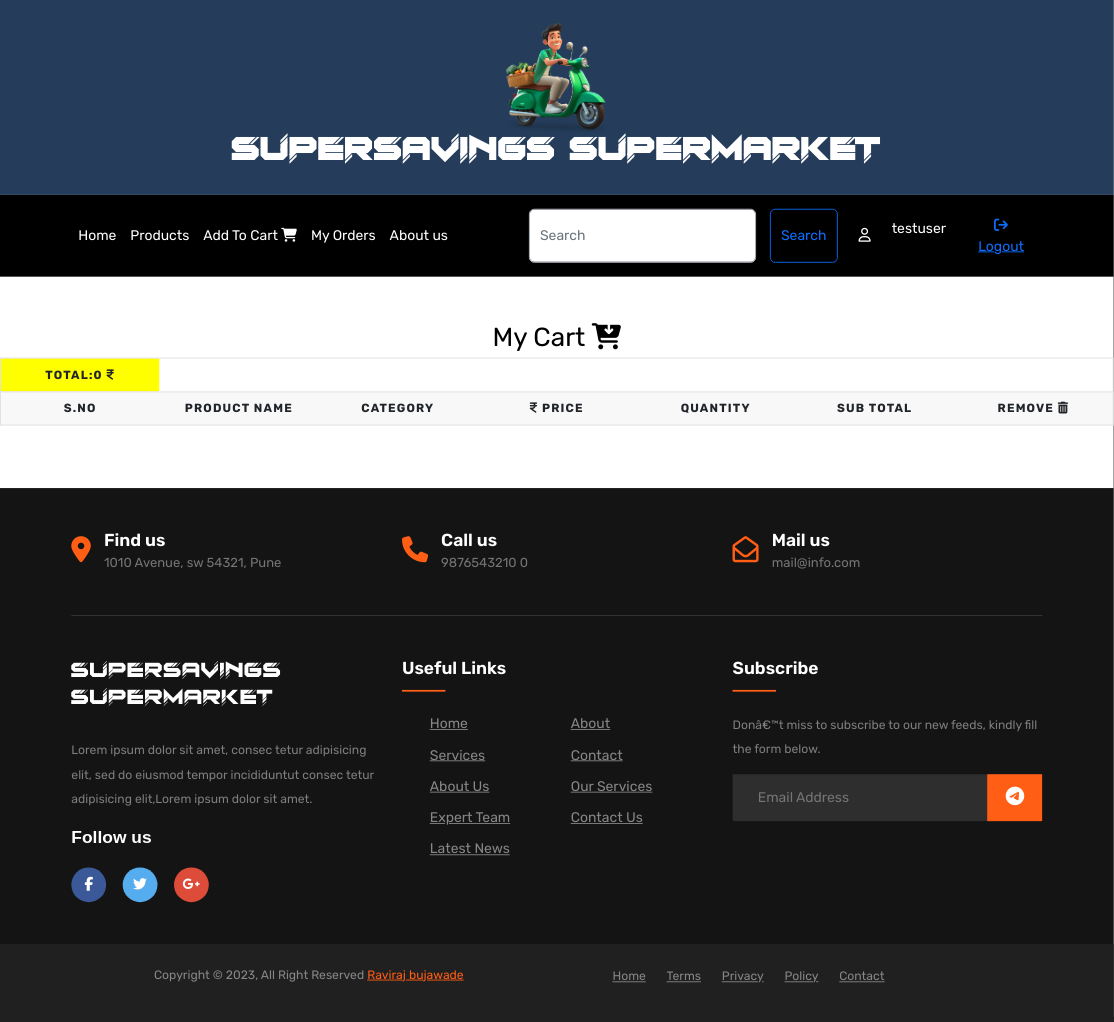
Repository: Raviraj39/SuperSaving-Online-Supermarket-Website
Page: http://localhost/Super_market/mycart.jsp
The author's editor kept a copy of each file at every save. The page is drawn from the files as they stood at one save, then again after the next save.
The browser window is 1280 px wide. The pictures show the whole page, at 87% of full size.
The page is served by Tomcat 9. The session is filled in as if someone had signed in: {"username": "testuser", "email": "test@example.com"}. Other server files are loaded and not shown. Queries for data that is not in the repository find no rows.

Above is the page before, as saved 2023-12-28 18:18:06.

### Super_market/src/main/webapp/mycart.jsp
<%@ page language="java" contentType="text/html; charset=ISO-8859-1"
    pageEncoding="ISO-8859-1"%>
<!DOCTYPE html>
<html>
<head>
<meta charset="ISO-8859-1">
<title>SuperSaving Supermarket</title>
<link rel="stylesheet" href="css/homestyle.css">
<link rel="stylesheet" href="https://cdnjs.cloudflare.com/ajax/libs/font-awesome/6.5.1/css/all.min.css" integrity="sha512-DTOQO9RWCH3ppGqcWaEA1BIZOC6xxalwEsw9c2QQeAIftl+Vegovlnee1c9QX4TctnWMn13TZye+giMm8e2LwA==" crossorigin="anonymous" referrerpolicy="no-referrer" />
<link href="https://cdn.jsdelivr.net/npm/bootstrap@5.2.3/dist/css/bootstrap.min.css" rel="stylesheet"
		integrity="sha384-rbsA2VBKQhggwzxH7pPCaAqO46MgnOM80zW1RWuH61DGLwZJEdK2Kadq2F9CUG65" crossorigin="anonymous">
<link rel="preconnect" href="https://fonts.googleapis.com">
<link rel="preconnect" href="https://fonts.gstatic.com" crossorigin>
<link href="https://fonts.googleapis.com/css2?family=Rubik:ital,wght@0,300;0,400;0,500;0,600;0,700;0,800;0,900;1,300;1,400;1,500;1,600;1,700;1,800;1,900&display=swap"
		rel="stylesheet">
</head>

<body>


<%@ include file="Header.jsp"  %>


<div style="color: black; text-align: center; font-size: 30px;" class="mt-5">My Cart <i class='fas fa-cart-arrow-down'></i>


<%
		String msg=request.getParameter("msg");
if("notpossible".equals(msg))
{
%>
<p class="alert">There is only one Quantity! So click on remove!</p>
<%} %>


<%
if("inc".equals(msg))
{
%>
<p class="alert">Quantity  Increased Successfully!</p>
<%} %>
<%
if("dec".equals(msg))
{
%>
<p class="alert">Quantity  Decreased Successfully!</p>
<%} %>
<%
if("removed".equals(msg))
{
%>
<p class="alert">Product Successfully Removed!</p>
<%} %>
</div>
<table>
<thead>


  <%

      	int total=0;
      	int sno=0;

		try {
			Class.forName("com.mysql.cj.jdbc.Driver");

			Connection conn = DriverManager.getConnection("jdbc:mysql://localhost:3306/super_marketone","root","root");
			Statement stat = conn.createStatement();
			String email=session.getAttribute("email").toString();
			ResultSet rs=stat.executeQuery("select sum(total) from cart where email='"+email+"' ");
			while(rs.next()) {
				total=rs.getInt(1);
	%>

          <tr>
            <th scope="col" style="background-color: yellow;">Total:<%out.println(total); %> <i class="fa fa-inr"></i> </th>
          <%if(total>0){ %>

            <th scope="col"><a href="addpayment.jsp">Proceed to order</a></th><%} %>
          </tr>
        </thead>
        <thead>
          <tr>
          <th scope="col">S.No</th>
            <th scope="col">Product Name</th>
            <th scope="col">Category</th>
            <th scope="col"><i class="fa fa-inr"></i> price</th>
            <th scope="col">Quantity</th>
            <th scope="col">Sub Total</th>
            <th scope="col">Remove <i class='fas fa-trash-alt'></i></th>
          </tr>
        </thead>
        <tbody>

    <%
	ResultSet rs1=stat.executeQuery("select * from addproductadmin inner join cart on addproductadmin.p_id = cart.productid and cart.email='"+email+"' and cart.address is NULL" );
    while(rs1.next()) {


    %>
          <tr>
			<%sno =sno+1; %>
           <td><% out.println(sno); %></td>
            <td><%= rs1.getString(2) %></td>
            <td><%= rs1.getString(3) %></td>
            <td><i class="fa fa-inr"></i><%= rs1.getString(4) %> </td>
            <td><a href="incrdecre.jsp?id=<%= rs1.getString(1) %>&quantity=inc"><i class='fas fa-plus-circle'></i></a><%= rs1.getString(8) %>  <a href="incrdecre.jsp?id=<%= rs1.getString(1) %>&quantity=dec"><i class='fas fa-minus-circle'></i></a></td>
            <td><i class="fa fa-inr"></i><%= rs1.getString(10) %> </td>
            <td><a href="removeproduct.jsp?id=<%= rs1.getString(1) %>">Remove <i class='fas fa-trash-alt'></i></a></td>
          </tr>
          	<%
    }	}
        }catch(Exception e) {
			e.printStackTrace();
		}


          %>




        </tbody>
      </table>
      <br>
      <br>
      <br>

 <%@ include file="Footer.jsp" %>
</body>
</html>

### Super_market/src/main/webapp/Header.jsp
<%@ page language="java" contentType="text/html; charset=ISO-8859-1"
    pageEncoding="ISO-8859-1"%>
    <%@page import ="java.sql.*"%>
    <%@page import ="java.io.IOException" %>
    <%@ page import ="java.io.PrintWriter"%>
    <%@ page import ="javax.servlet.*" %>
    <%

    %>
<!DOCTYPE html>
<html>
<head>
<meta charset="ISO-8859-1">
<title>SuperSaving Supermarket</title>
<link rel="stylesheet" href="css/home.css">
<link rel="stylesheet" href="https://cdnjs.cloudflare.com/ajax/libs/font-awesome/6.5.1/css/all.min.css" integrity="sha512-DTOQO9RWCH3ppGqcWaEA1BIZOC6xxalwEsw9c2QQeAIftl+Vegovlnee1c9QX4TctnWMn13TZye+giMm8e2LwA==" crossorigin="anonymous" referrerpolicy="no-referrer" />
<link href="https://cdn.jsdelivr.net/npm/bootstrap@5.2.3/dist/css/bootstrap.min.css" rel="stylesheet"
		integrity="sha384-rbsA2VBKQhggwzxH7pPCaAqO46MgnOM80zW1RWuH61DGLwZJEdK2Kadq2F9CUG65" crossorigin="anonymous">

<link rel="preconnect" href="https://fonts.googleapis.com">
<link rel="preconnect" href="https://fonts.gstatic.com" crossorigin>
<link href="https://fonts.googleapis.com/css2?family=Rubik:ital,wght@0,300;0,400;0,500;0,600;0,700;0,800;0,900;1,300;1,400;1,500;1,600;1,700;1,800;1,900&display=swap"
		rel="stylesheet">
</head>
<body>
<div class="container-fluid main_top_nav ">
		<div class="text-center py-4  text-white ">

			<img src="./images/illustrations/BikeDilvery.webp" alt="" class="" height="130px">
			<h3 class="top-nav">SuperSavings Supermarket</h3>
		</div>
	</div>
	<nav class="navbar navbar-expand-lg bg-black text-white  py-3">
		<div class="container text-white">
			<button class="navbar-toggler" type="button" data-bs-toggle="collapse"
				data-bs-target="#navbarSupportedContent" aria-controls="navbarSupportedContent" aria-expanded="false"
				aria-label="Toggle navigation">
				<span class="navbar-toggler-icon"></span>
			</button>
			<div class="collapse navbar-collapse " id="navbarSupportedContent" >
				<ul class="navbar-nav me-auto mb-2 mb-lg-0  ">
					<li class="nav-item">
						<a class="nav-link active text-white" href="./Home.jsp">Home</a>
					</li>
					<li class="nav-item">
						<a class="nav-link text-white" href="./products.jsp">Products</a>
					</li>
					<li class="nav-item">
						<a class="nav-link text-white" href="./mycart.jsp">Add To Cart <i class="fa fa-shopping-cart"></i></a>
					</li>
					<li class="nav-item">
						<a class="nav-link text-white" href="./myorders.jsp">My Orders</a>
					</li>
					<li class="nav-item">
						<a class="nav-link text-white" href="#">About us</a>
					</li>
				</ul>
				<form class="d-flex text-center justify-content-between   " role="search" >
					<input class="form-control me-2" type="search" placeholder="Search" aria-label="Search">
					<button class="btn btn-outline-primary mx-2" type="submit">Search</button>
					<div class="d-flex align-items-center justify-content-between mx-3">
						<div class="">
						<i class="fa-regular fa-user "></i></div>
					<p class="ms-4 "><%= session.getAttribute("username") %></p>
					</div>
					<button class="btn mx-2"> <a href="logout"><i class="fa-solid fa-arrow-right-from-bracket"></i>Logout</a></button>

				</form>
			</div>
		</div>
</nav>

</body>
</html>

### Super_market/src/main/webapp/Footer.jsp
<%@ page language="java" contentType="text/html; charset=ISO-8859-1"
    pageEncoding="ISO-8859-1"%>
<!DOCTYPE html>
<html>
<head>
<meta charset="ISO-8859-1">
<title>SuperSaving Supermarket</title>
<link rel="stylesheet" href="css/home.css">
<link rel="stylesheet" href="https://cdnjs.cloudflare.com/ajax/libs/font-awesome/6.5.1/css/all.min.css" integrity="sha512-DTOQO9RWCH3ppGqcWaEA1BIZOC6xxalwEsw9c2QQeAIftl+Vegovlnee1c9QX4TctnWMn13TZye+giMm8e2LwA==" crossorigin="anonymous" referrerpolicy="no-referrer" />
<link href="https://cdn.jsdelivr.net/npm/bootstrap@5.2.3/dist/css/bootstrap.min.css" rel="stylesheet"
		integrity="sha384-rbsA2VBKQhggwzxH7pPCaAqO46MgnOM80zW1RWuH61DGLwZJEdK2Kadq2F9CUG65" crossorigin="anonymous">

<link rel="preconnect" href="https://fonts.googleapis.com">
<link rel="preconnect" href="https://fonts.gstatic.com" crossorigin>
<link href="https://fonts.googleapis.com/css2?family=Rubik:ital,wght@0,300;0,400;0,500;0,600;0,700;0,800;0,900;1,300;1,400;1,500;1,600;1,700;1,800;1,900&display=swap"
		rel="stylesheet">
</head>
<body>

<footer class="footer-section">
		<div class="container">
			<div class="footer-cta pt-5 pb-5">
				<div class="row">
					<div class="col-xl-4 col-md-4 mb-30">
						<div class="single-cta">
							<i class="fas fa-map-marker-alt"></i>
							<div class="cta-text">
								<h4>Find us</h4>
								<span>1010 Avenue, sw 54321, Pune</span>
							</div>
						</div>
					</div>
					<div class="col-xl-4 col-md-4 mb-30">
						<div class="single-cta">
							<i class="fas fa-phone"></i>
							<div class="cta-text">
								<h4>Call us</h4>
								<span>9876543210 0</span>
							</div>
						</div>
					</div>
					<div class="col-xl-4 col-md-4 mb-30">
						<div class="single-cta">
							<i class="far fa-envelope-open"></i>
							<div class="cta-text">
								<h4>Mail us</h4>
								<span>mail@info.com</span>
							</div>
						</div>
					</div>
				</div>
			</div>
			<div class="footer-content pt-5 pb-5">
				<div class="row">
					<div class="col-xl-4 col-lg-4 mb-50">
						<div class="footer-widget">
							<div class="footer-logo">
								<a href="">SuperSavings Supermarket</a>
							</div>
							<div class="footer-text">
								<p>Lorem ipsum dolor sit amet, consec tetur adipisicing elit, sed do eiusmod tempor
									incididuntut consec tetur adipisicing
									elit,Lorem ipsum dolor sit amet.</p>
							</div>
							<div class="footer-social-icon">
								<span>Follow us</span>
								<a href="#"><i class="fab fa-facebook-f facebook-bg"></i></a>
								<a href="#"><i class="fab fa-twitter twitter-bg"></i></a>
								<a href="#"><i class="fab fa-google-plus-g google-bg"></i></a>
							</div>
						</div>
					</div>
					<div class="col-xl-4 col-lg-4 col-md-6 mb-30">
						<div class="footer-widget">
							<div class="footer-widget-heading">
								<h3>Useful Links</h3>
							</div>
							<ul>
								<li><a href="Home.jsp">Home</a></li>
								<li><a href="#">about</a></li>
								<li><a href="#">services</a></li>
								<li><a href="#">Contact</a></li>
								<li><a href="#">About us</a></li>
								<li><a href="#">Our Services</a></li>
								<li><a href="#">Expert Team</a></li>
								<li><a href="#">Contact us</a></li>
								<li><a href="#">Latest News</a></li>
							</ul>
						</div>
					</div>
					<div class="col-xl-4 col-lg-4 col-md-6 mb-50">
						<div class="footer-widget">
							<div class="footer-widget-heading">
								<h3>Subscribe</h3>
							</div>
							<div class="footer-text mb-25">
								<p>Don’t miss to subscribe to our new feeds, kindly fill the form below.</p>
							</div>
							<div class="subscribe-form">
								<form action="#">
									<input type="text" placeholder="Email Address">
									<button><i class="fab fa-telegram-plane"></i></button>
								</form>
							</div>
						</div>
					</div>
				</div>
			</div>
		</div>
		<div class="copyright-area">
			<div class="container">
				<div class="row">
					<div class="col-xl-6 col-lg-6 text-center text-lg-left">
						<div class="copyright-text">
							<p>Copyright &copy; 2023, All Right Reserved <a href="">Raviraj bujawade</a></p>
						</div>
					</div>
					<div class="col-xl-6 col-lg-6 d-none d-lg-block text-right">
						<div class="footer-menu">
							<ul>
								<li><a href="#">Home</a></li>
								<li><a href="#">Terms</a></li>
								<li><a href="#">Privacy</a></li>
								<li><a href="#">Policy</a></li>
								<li><a href="#">Contact</a></li>
							</ul>
						</div>
					</div>
				</div>
			</div>
		</div>
	</footer>

</body>
</html>

### Super_market/src/main/webapp/css/homestyle.css
    body {
  font-family: "Open Sans", sans-serif;
  line-height: 1.25;
  background-color: #6C63AC;
}
a
{
	text-decoration: none;
}
.sticky {
  position: -webkit-sticky;
  position: sticky;
  top: 0;
}

@font-face {
	font-family: fonts;
	src: url(../fonts/moto-verse.otf);
}
.top-nav >div{
	font-family: fonts;
	font-weight: 900;
	font-size: 4em;
}
.navtop{
	background-color: #6C63AC;
}
.carousel-img{
	height: 75vh;
}
table {
  border: 1px solid #ccc;
  border-collapse: collapse;
  margin: 0;
  padding: 0;
  width: 100%;
  /*margin-left: 5%;*/
  table-layout: fixed;
}

table caption {
  font-size: 1.5em;
  margin: .5em 0 .75em;
}

table tr {
  background-color: #f8f8f8;
  border: 1px solid #ddd;
  padding: .35em;
}

table th,
table td {
  padding: .625em;
  text-align: center;
}

table th {
  font-size: .85em;
  letter-spacing: .1em;
  text-transform: uppercase;
}

@media screen and (max-width: 600px) {
  table {
    border: 0;
  }

  table caption {
    font-size: 1.3em;
  }

  table thead {
    border: none;
    clip: rect(0 0 0 0);
    height: 1px;
    margin: -1px;
    overflow: hidden;
    padding: 0;
    position: absolute;
    width: 1px;
  }

  table tr {
    border-bottom: 3px solid #ddd;
    display: block;
    margin-bottom: .625em;
  }

  table td {
    border-bottom: 1px solid #ddd;
    display: block;
    font-size: .8em;
    text-align: right;
  }

  table td::before {
    /*
    * aria-label has no advantage, it won't be read inside a table
    content: attr(aria-label);
    */
    content: attr(data-label);
    float: left;
    font-weight: bold;
    text-transform: uppercase;
  }

  table td:last-child {
    border-bottom: 0;
  }
}

/*Header Css*/
* {box-sizing: border-box;}

    body {
      margin: 0;
      font-family: Arial, Helvetica, sans-serif;
    }

    .topnav {
      overflow: hidden;
      background-color: #e9e9e9;
    }

    .topnav a {
      float: left;
      display: block;
      color: black;
      text-align: center;
      padding: 14px 16px;
      text-decoration: none;
      font-size: 17px;
    }

    .topnav a:hover {
      background-color: #ddd;
      color: black;
    }

    .topnav a.active {
      background-color: #2196F3;
      color: white;
    }

    .topnav .search-container {
      float: right;
    }

    .topnav input[type=text] {
      padding: 6px;
      margin-top: 8px;
      font-size: 17px;
      border: none;
    }

    .topnav .search-container button {
      float: right;
      padding: 6px 10px;
      margin-top: 8px;
      margin-right: 16px;
      background: #ddd;
      font-size: 17px;
      border: none;
      cursor: pointer;
    }

    .topnav .search-container button:hover {
      background: #ccc;
    }

    @media screen and (max-width: 600px) {
      .topnav .search-container {
        float: none;
      }
      .topnav a, .topnav input[type=text], .topnav .search-container button {
        float: none;
        display: block;
        text-align: left;
        width: 100%;
        margin: 0;
        padding: 14px;
      }
      .topnav input[type=text] {
        border: 1px solid #ccc;
      }

    }





.input-style {
  width: 90%;
  padding: 12px 20px;
  margin-left:5%;
  box-sizing: border-box;
  border: none;
  background-color:white;
  color: black;
  font-size: 16px;
}

input[type=text]:focus, textarea:focus,button:focus{
  outline: 4px solid orange;
  background-color:rgb(224, 255, 219);     /* oranges! yey */
}

.button {
  background-color: aqua;
  border: none;
  color: black;
  padding: 12px 20px;
  text-align: center;
  text-decoration: none;
  display: inline-block;
  font-size: 14px;
  margin: 4px 2px;
  transition-duration: 0.4s;
  cursor: pointer;
  margin-left:5%;
  font-size: 16px;
  width: 90%;
   border-radius: 25px;
}

.button:hover {
  background-color: #555555;
  color: white;
}


.alert
{
	color:yellow;
}

.profile-style
{
	border-style: dotted;

}

.left-div
{
	width: 50%;
	display:inline-block;
}

.right-div
{
	float:right;
	width: 50%;
	display:inline-block;
}
/*footer*/
.footer {
   position: fixed;
   left: 0;
   bottom: 0;
   width: 100%;
   background-color:#ccc;
   color:black;
   text-align: center;
}

.h2222 {
  width: 100%;
  padding: 12px 20px;
  margin: 8px 0;
  box-sizing: border-box;
  border: none;
  background-color: #3CBC8D;
  color: white;
}

### Super_market/src/main/webapp/css/home.css
@font-face {
	font-family: fonts;
	src: url(../fonts/moto-verse.otf);
}
@font-face {
  font-family: fonts-peacher;
  src: url(../fonts/Peacher.ttf);
}

:root{
  --fonts-rubic: 'Rubik', sans-serif;
}
*{
  font-family: var(--fonts-rubic);
}


.top-nav{
	font-family: fonts;
	font-weight: 900;
	font-size: 2em;
}
.main_top_nav{
	background-color: #253D5B;
}

.carousel-img{
	height: 80vh;
}

/*  */
.carousel-caption{
 top: 20%;
}
.carousel-caption h2{
  font-size: 3em;
    font-weight: 800;
    letter-spacing: 0px;
    text-transform: uppercase;
    text-shadow: 3px 8px 2px rgb(12, 12, 12);
    background: rgba(0, 0, 0, 0.34);
    padding: 50px 10%;
}

.carousel-caption h2 >span{
  color:#FF5722;
}
.carousel-caption p{
  font-size: 2em;
  font-weight: 700;
  /* color: #999; */
}
.carousel-caption p >span{
  color: red;
  font-size: 2.5em;
}

/* Our Top Products */
.product-card {
    width: 380px;
    position: relative;
    box-shadow: 0 2px 7px #dfdfdf;
    margin: 50px auto;
    background: #fafafa;
}

.badge {
    position: absolute;
    left: 0;
    top: 20px;
    text-transform: uppercase;
    font-size: 13px;
    font-weight: 700;
    background: red;
    color: #fff;
    padding: 3px 10px;
}

.product-tumb {
    display: flex;
    align-items: center;
    justify-content: center;
    height: 300px;
    padding: 50px;
    background: #f0f0f0;
}

.product-tumb img {
    max-width: 100%;
    max-height: 100%;
}

.product-details {
    padding: 30px;
}

.product-catagory {
    display: block;
    font-size: 12px;
    font-weight: 700;
    text-transform: uppercase;
    color: #ccc;
    margin-bottom: 18px;
}

.product-details h4 a {
    font-weight: 500;
    display: block;
    margin-bottom: 18px;
    text-transform: uppercase;
    color: #363636;
    text-decoration: none;
    transition: 0.3s;
}

.product-details h4 a:hover {
    color: #fbb72c;
}

.product-details p {
    font-size: 15px;
    line-height: 22px;
    margin-bottom: 18px;
    color: #999;
}

.product-bottom-details {
    overflow: hidden;
    border-top: 1px solid #eee;
    padding-top: 20px;
}

.product-bottom-details div {
    float: left;
    width: 50%;
}

.product-price {
    font-size: 18px;
    color: #fbb72c;
    font-weight: 600;
}

.product-price small {
    font-size: 80%;
    font-weight: 400;
    text-decoration: line-through;
    display: inline-block;
    margin-right: 5px;
}

.product-links {
    text-align: right;
}

.product-links a {
    display: inline-block;
    margin-left: 5px;
    color: #e1e1e1;
    transition: 0.3s;
    font-size: 17px;
}

.product-links a:hover {
    color: #fbb72c;
}

.addcart{
  font-size: 13px;
    color: #fff;
    background: #1accfd;
    text-decoration: none;
    position: relative;
    border: none;
    border-radius: 0;
    /* width: 100%; */
    text-transform: uppercase;
    padding: 13px;
    outline: none;
    letter-spacing: 1px;
    font-weight: 600;
    margin-top: 20px;
}



/* offer-section */
.count-div h2{
  font-family: fonts;
}






/* paymentcart-section */
.paymentcart-section{
	background-image: url(../images/background/background137.jpg);
	background-position: center;
	background-repeat: no-repeat;
	height: 60vh;
}

.paymentcart-section div{
	opacity: 0.8;
	background-color: rgb(188, 194, 216);;
	padding: 40px 0px;
	}
.ul-list{
	text-align: center;
	display: flex;
	flex-direction: row;
	flex-wrap: nowrap;
	align-items: center;
	justify-content: center;
}
.ul-list li img{
	max-width: 6em;
	padding-bottom: 10px;
}
.ul-list li{
	margin: 0px 30px;
}


/* footer */
ul {
    margin: 0px;
    padding: 0px;
}
.footer-section {
  background: #151414;
  position: relative;
}
.footer-cta {
  border-bottom: 1px solid #373636;
}
.single-cta i {
  color: #ff5e14;
  font-size: 30px;
  float: left;
  margin-top: 8px;
}
.cta-text {
  padding-left: 15px;
  display: inline-block;
}
.cta-text h4 {
  color: #fff;
  font-size: 20px;
  font-weight: 600;
  margin-bottom: 2px;
}
.cta-text span {
  color: #757575;
  font-size: 15px;
}
.footer-content {
  position: relative;
  z-index: 2;
}
.footer-pattern img {
  position: absolute;
  top: 0;
  left: 0;
  height: 330px;
  background-size: cover;
  background-position: 100% 100%;
}
.footer-logo {
  margin-bottom: 30px;
}
.footer-logo img {
    max-width: 200px;
}
.footer-text p {
  margin-bottom: 14px;
  font-size: 14px;
      color: #7e7e7e;
  line-height: 28px;
}
.footer-social-icon span {
  color: #fff;
  display: block;
  font-size: 20px;
  font-weight: 700;
  font-family: 'Poppins', sans-serif;
  margin-bottom: 20px;
}
.footer-social-icon a {
  color: #fff;
  font-size: 16px;
  margin-right: 15px;
}
.footer-social-icon i {
  height: 40px;
  width: 40px;
  text-align: center;
  line-height: 38px;
  border-radius: 50%;
}
.facebook-bg{
  background: #3B5998;
}
.twitter-bg{
  background: #55ACEE;
}
.google-bg{
  background: #DD4B39;
}
.footer-widget-heading h3 {
  color: #fff;
  font-size: 20px;
  font-weight: 600;
  margin-bottom: 40px;
  position: relative;
}
.footer-widget-heading h3::before {
  content: "";
  position: absolute;
  left: 0;
  bottom: -15px;
  height: 2px;
  width: 50px;
  background: #ff5e14;
}
.footer-widget ul li {
  display: inline-block;
  float: left;
  width: 50%;
  margin-bottom: 12px;
}
.footer-widget ul li a:hover{
  color: #ff5e14;
}
.footer-widget ul li a {
  color: #878787;
  text-transform: capitalize;
}
.subscribe-form {
  position: relative;
  overflow: hidden;
}
.subscribe-form input {
  width: 100%;
  padding: 14px 28px;
  background: #2E2E2E;
  border: 1px solid #2E2E2E;
  color: #fff;
}
.subscribe-form button {
    position: absolute;
    right: 0;
    background: #ff5e14;
    padding: 13px 20px;
    border: 1px solid #ff5e14;
    top: 0;
}
.subscribe-form button i {
  color: #fff;
  font-size: 22px;
  transform: rotate(-6deg);
}
.copyright-area{
  background: #202020;
  padding: 25px 0;
}
.copyright-text p {
  margin: 0;
  font-size: 14px;
  color: #878787;
}
.copyright-text p a{
  color: #ff5e14;
}
.footer-menu li {
  display: inline-block;
  margin-left: 20px;
}
.footer-menu li:hover a{
  color: #ff5e14;
}
.footer-menu li a {
  font-size: 14px;
  color: #878787;
}
.footer-logo a{
	text-decoration: none;
	color: #fff;
	font-size: 1.3em;
	font-family: fonts;
}
.footer-logo a:hover{
	color: #fff;
}

After the next save:
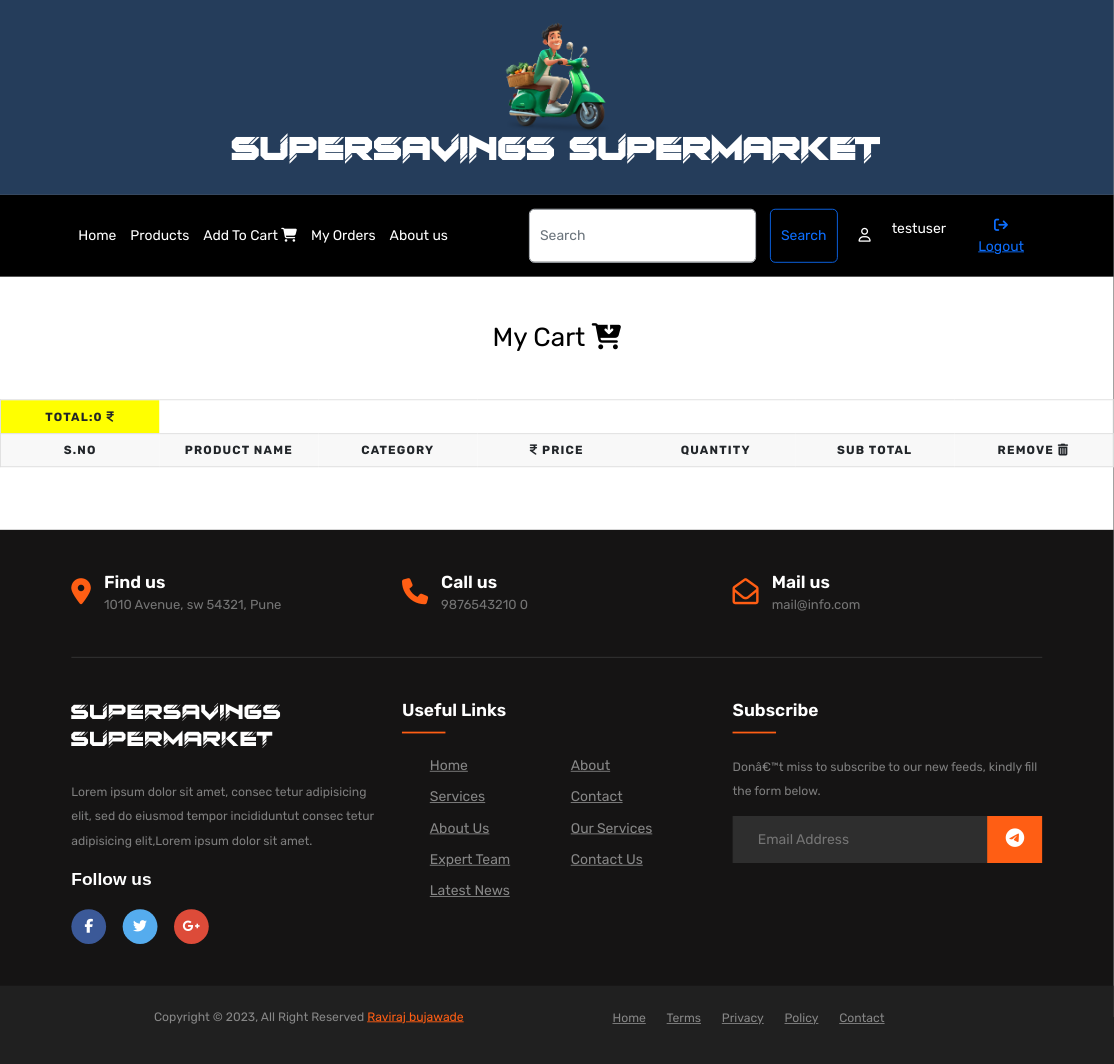
Saved 10 s later.
--- a/Super_market/src/main/webapp/mycart.jsp
+++ b/Super_market/src/main/webapp/mycart.jsp
@@ -21,7 +21,7 @@
 <%@ include file="Header.jsp"  %>
 
 
-<div style="color: black; text-align: center; font-size: 30px;" class="mt-5">My Cart <i class='fas fa-cart-arrow-down'></i>
+<div style="color: black; text-align: center; font-size: 30px;" class="mt-5 mb-5">My Cart <i class='fas fa-cart-arrow-down'></i>
 
 
 <%
